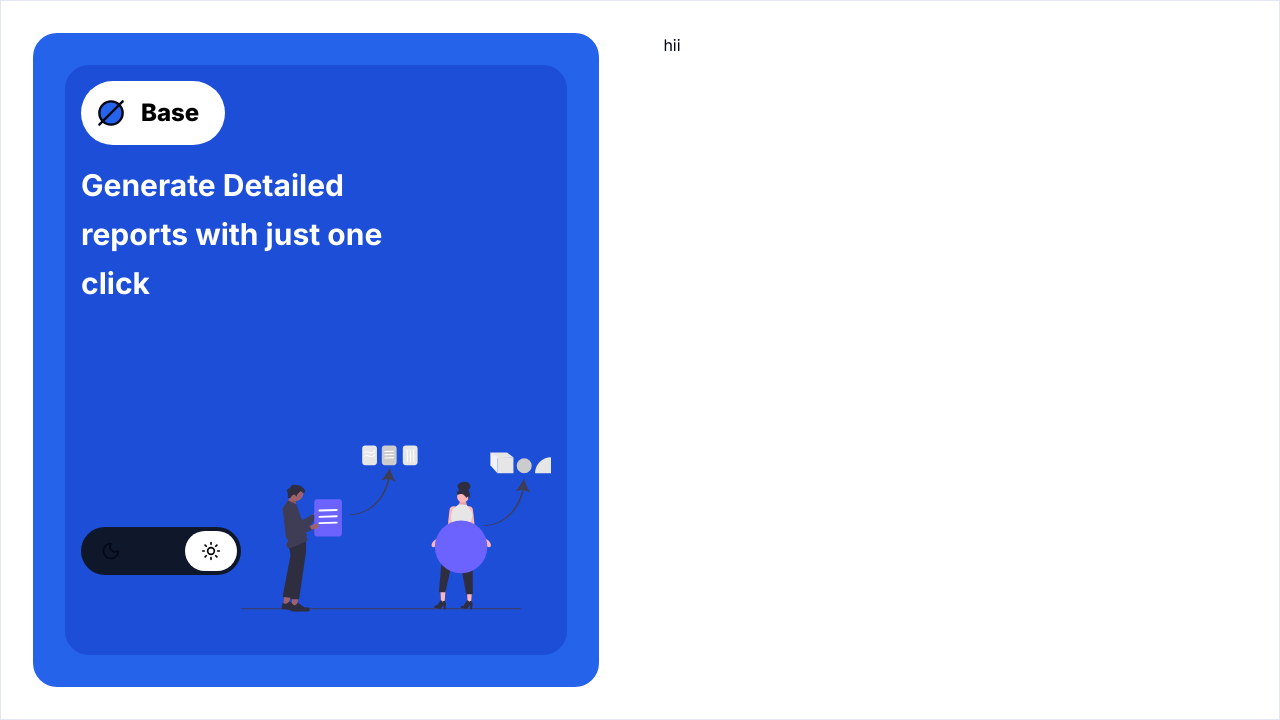
Repository: Hardyy00/openinapp_assignment
Page: /
An editor plug-in stored every save of this project. The page is shown before and after the next save, followed by the edit.
The browser window is 1280 px wide. The pictures show the whole page.
The project was rebuilt for these pictures with package versions that can differ from the ones it lists, and the page was loaded fresh each time. The framework's server and built-in components were replaced by stand-ins that run in the browser. Also part of the build but not shown: next.config.mjs.

Above is the page before, as saved 2024-08-23 15:39:08.

### app/layout.tsx
import type { Metadata } from "next";
import { Inter } from "next/font/google";
import "./globals.css";
import { ThemeProvider } from "@/components/theme-provider";

const inter = Inter({ subsets: ["latin"] });

export const metadata: Metadata = {
  title: "Create Next App",
  description: "Generated by create next app",
};

export default function RootLayout({
  children,
}: Readonly<{
  children: React.ReactNode;
}>) {
  return (
    <html lang="en">
      <body className={inter.className}>
        <ThemeProvider
          attribute="class"
          defaultTheme="system"
          storageKey="base"
        >
          {children}
        </ThemeProvider>
      </body>
    </html>
  );
}

### app/(auth)/layout.tsx
import { ThemeToggle } from "@/components/theme-toggle";
import { CircleSlash2 } from "lucide-react";
import Image from "next/image";

export default function Layout({ children }: { children: React.ReactNode }) {
  return (
    <div className="w-full h-full border flex flex-col lg:flex-row">
      <div className="flex-[0.5] p-8">
        <div className="p-8 bg-blue-600 h-full rounded-3xl">
          <div className="p-4 bg-blue-700 h-full rounded-3xl flex flex-col gap-y-4 justify-between">
            <div className="p-4 flex items-center bg-white rounded-full w-[9rem] space-x-4">
              <CircleSlash2 className="stroke-white-600 fill-blue-600 h-7 w-7" />
              <h1 className="text-black font-extrabold text-2xl ">Base</h1>
            </div>

            <div className="w-[80%]">
              <p className="text-3xl font-bold text-wrap leading-relaxed text-white">
                Generate Detailed reports with just one click
              </p>
            </div>

            <div className=" flex h-[24rem]">
              <div className="flex-[0.3] self-end pb-16">
                <ThemeToggle />
              </div>
              <div className="flex-1 h-[70%] self-end  relative">
                {/* <div className="h-[70%]"> */}
                {/* <div className=" relative h-[70%] "> */}
                <Image src={"/auth.svg"} fill alt="svg" />
                {/* </div> */}
                {/* </div> */}
              </div>
            </div>
          </div>
        </div>
      </div>

      <div>{children}</div>
    </div>
  );
}

### app/(auth)/page.tsx
export default function Page() {
  return (
    <div className="h-full p-8">
      <div className="">hii</div>
    </div>
  );
}

### components/theme-toggle.tsx
"use client";

import { Moon, Sun } from "lucide-react";
import { useTheme } from "next-themes";
import { Button } from "./ui/button";
import { cn } from "@/lib/utils";
import { useState } from "react";

export const ThemeToggle = () => {
  const { setTheme } = useTheme();
  const [on, setOn] = useState<String>("sun");

  const handleClick = (type: string) => {
    if (type === "sun") {
      setOn("sun");
      setTheme("light");
    } else {
      setOn("moon");
      setTheme("dark");
    }
  };

  return (
    <div className="w-[10rem] p-1 rounded-full bg-secondary-foreground">
      <div className="flex w-full items-center justify-between">
        <Button
          variant={"ghost"}
          className={cn(
            "p-4 rounded-[4rem]",
            on === "moon" && "bg-black text-white"
          )}
          onClick={() => handleClick("moon")}
        >
          <Moon className="h-5 w-5" />
        </Button>

        <Button
          variant={"ghost"}
          className={cn(
            "p-4 rounded-[4rem] hover:bg-white hover:text-black",
            on === "sun" && "bg-white text-black"
          )}
          onClick={() => handleClick("sun")}
        >
          <Sun className="h-5 w-5" />
        </Button>
      </div>
    </div>
  );
};

### components/ui/button.tsx
import * as React from "react";
import { Slot } from "@radix-ui/react-slot";
import { cva, type VariantProps } from "class-variance-authority";

import { cn } from "@/lib/utils";

const buttonVariants = cva(
  "inline-flex items-center justify-center whitespace-nowrap rounded-md text-sm font-medium ring-offset-background transition-colors focus-visible:outline-none focus-visible:ring-2 focus-visible:ring-ring focus-visible:ring-offset-2 disabled:pointer-events-none disabled:opacity-50",
  {
    variants: {
      variant: {
        primary: "bg-blue-600 text-primary-foreground",
        default: "bg-primary text-primary-foreground hover:bg-primary/90",
        destructive:
          "bg-destructive text-destructive-foreground hover:bg-destructive/90",
        outline:
          "border border-input bg-background hover:bg-accent hover:text-accent-foreground",
        secondary:
          "bg-secondary text-secondary-foreground hover:bg-secondary/80",
        ghost: "hover:bg-accent hover:text-accent-foreground",
        link: "text-primary underline-offset-4 hover:underline",
      },
      size: {
        default: "h-10 px-4 py-2",
        sm: "h-9 rounded-md px-3",
        lg: "h-11 rounded-md px-8",
        icon: "h-10 w-10",
      },
    },
    defaultVariants: {
      variant: "default",
      size: "default",
    },
  }
);

export interface ButtonProps
  extends React.ButtonHTMLAttributes<HTMLButtonElement>,
    VariantProps<typeof buttonVariants> {
  asChild?: boolean;
}

const Button = React.forwardRef<HTMLButtonElement, ButtonProps>(
  ({ className, variant, size, asChild = false, ...props }, ref) => {
    const Comp = asChild ? Slot : "button";
    return (
      <Comp
        className={cn(buttonVariants({ variant, size, className }))}
        ref={ref}
        {...props}
      />
    );
  }
);
Button.displayName = "Button";

export { Button, buttonVariants };

Loaded but not shown: app/globals.css (common file); components/theme-provider.tsx (common file); lib/utils.ts (common file); tailwind.config.ts (common file)

After the next save:
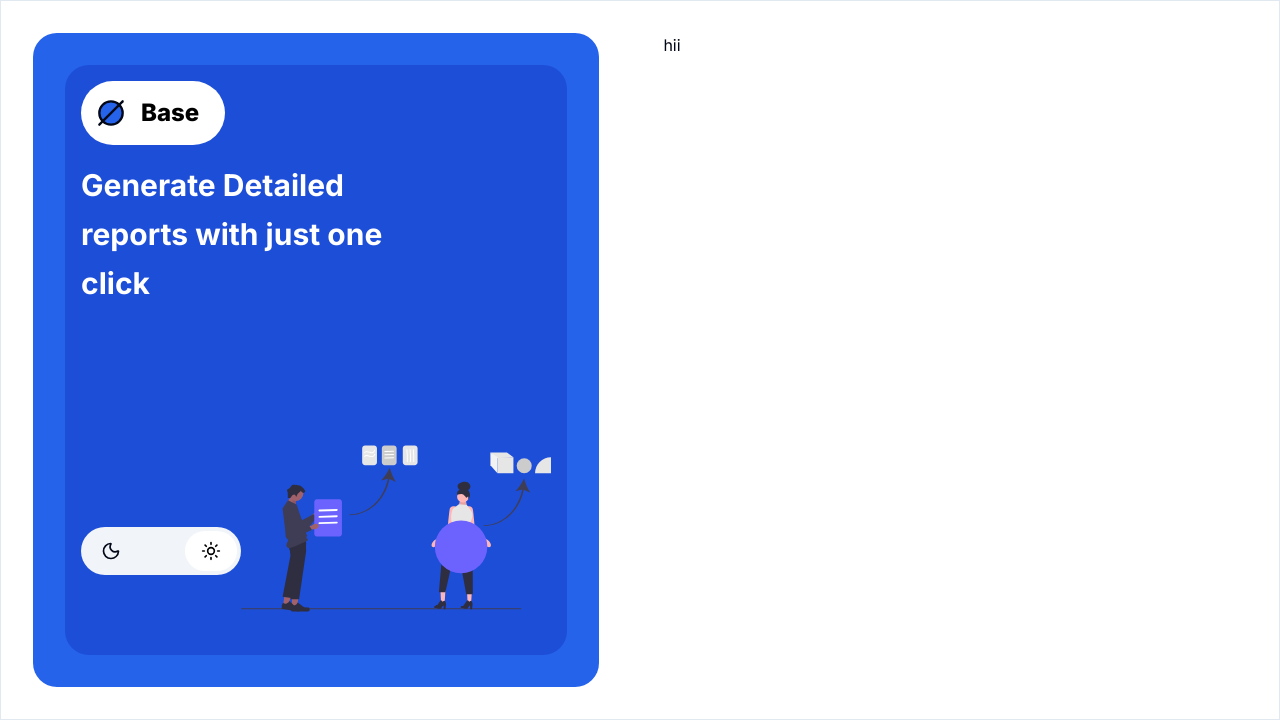
Saved 5 s later.
--- a/components/theme-toggle.tsx
+++ b/components/theme-toggle.tsx
@@ -21,7 +21,7 @@ export const ThemeToggle = () => {
   };
 
   return (
-    <div className="w-[10rem] p-1 rounded-full bg-secondary-foreground">
+    <div className="w-[10rem] p-1 rounded-full bg-secondary">
       <div className="flex w-full items-center justify-between">
         <Button
           variant={"ghost"}
